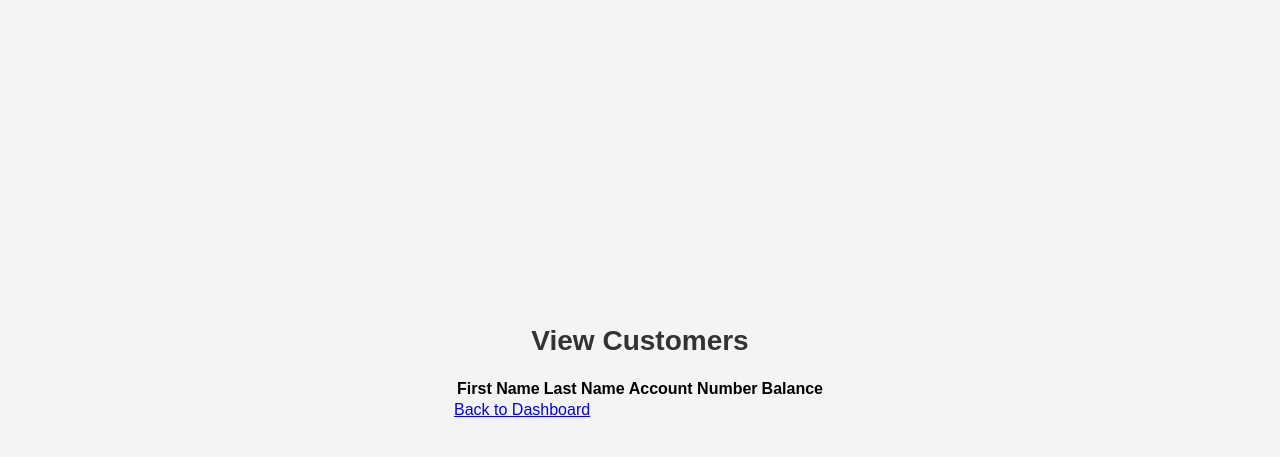
Repository: vinayakGarudi2002/swabhavTrainingProjects
Page: http://localhost/01_banking_application/viewCustomers.jsp
An editor plug-in stored every save of this project. The page is shown before and after the next save, followed by the edit.
The browser window is 1280 px wide. The pictures show the whole page.
The page is served by Tomcat 9. Other server files are loaded and not shown. Queries for data that is not in the repository find no rows.

Above is the page before, as saved 2024-08-12 10:49:50.

### 01_banking_application/WebContent/viewCustomers.jsp
<%@page import="java.sql.Connection"%>
<%@ page import="java.util.List" %>
<%@ page import="com.aurionpro.model.CustomerView" %>
<%@ page import="com.aurionpro.operation.CustomerViewOperation" %>
<%@ page import="com.aurionpro.database.DbConnection" %>
<%@ page language="java" contentType="text/html; charset=UTF-8" pageEncoding="UTF-8"%>
<!DOCTYPE html>
<html>
<head>
    <meta charset="UTF-8">
    <title>View Customers</title>
    <link rel="stylesheet" type="text/css" href="static/css/styles.css">
</head>
<body>
    <div class="customer-view-container">
        <h2>View Customers</h2>

        <table>
            <tr>
                <th>First Name</th>
                <th>Last Name</th>
                <th>Account Number</th>
                <th>Balance</th>
            </tr>
            <%
                try {
                    Connection connection = DbConnection.connectToDb();
                    CustomerViewOperation customerViewOperation = new CustomerViewOperation(connection);
                    List<CustomerView> customerViews = customerViewOperation.fetchAllCustomerViews();

                    for (CustomerView customer : customerViews) {
                        out.println("<tr>");
                        out.println("<td>" + customer.getFirstName() + "</td>");
                        out.println("<td>" + customer.getLastName() + "</td>");
                        out.println("<td>" + customer.getAccountNo() + "</td>");
                        out.println("<td>" + customer.getBalance() + "</td>");
                        out.println("</tr>");
                    }

                    connection.close();
                } catch (Exception e) {
                    e.printStackTrace();
                }
            %>
        </table>
        <a href="adminDashboard.jsp">Back to Dashboard</a>
    </div>
</body>
</html>

### 01_banking_application/src/com/aurionpro/database/DbConnection.java
package com.aurionpro.database;

import java.sql.Connection;
import java.sql.DriverManager;
import java.sql.SQLException;

public class DbConnection {


    private static final String DATABASE_URL = "jdbc:mysql://localhost:3306/bankdb";
    private static final String DATABASE_USER = "root";
    private static final String DATABASE_PASSWORD = "root@123";

    // Method to establish a connection to the database
    public static Connection connectToDb() {
        Connection connection = null;
        try {
            // Load MySQL JDBC Driver
            Class.forName("com.mysql.cj.jdbc.Driver");

            // Establish the connection
            connection = DriverManager.getConnection(DATABASE_URL, DATABASE_USER, DATABASE_PASSWORD);
            System.out.println("Connected to the database successfully.");
        } catch (ClassNotFoundException e) {
            System.err.println("MySQL JDBC Driver not found.");
            e.printStackTrace();
        } catch (SQLException e) {
            System.err.println("Failed to connect to the database.");
            e.printStackTrace();
        }

        return connection;
    }

    // Close the connection
    public void closeConnection(Connection connection) {
        if (connection != null) {
            try {
                connection.close();
                System.out.println("Database connection closed.");
            } catch (SQLException e) {
                System.err.println("Failed to close the database connection.");
                e.printStackTrace();
            }
        }
    }
}

### 01_banking_application/src/com/aurionpro/operation/CustomerViewOperation.java
package com.aurionpro.operation;

import java.sql.Connection;
import java.sql.PreparedStatement;
import java.sql.ResultSet;
import java.util.ArrayList;
import java.util.List;

import com.aurionpro.model.CustomerView;

public class CustomerViewOperation {
    private Connection connection;

    public CustomerViewOperation(Connection connection) {
        this.connection = connection;
    }

    public List<CustomerView> fetchAllCustomerViews() {
        List<CustomerView> customerViews = new ArrayList<>();
        String query = "SELECT p.first_name, p.last_name, a.account_no, a.balance " +
                       "FROM profile p " +
                       "JOIN userProfile up ON p.profile_id = up.profile_id " +
                       "JOIN account a ON up.user_id = a.user_id";

        try (PreparedStatement statement = connection.prepareStatement(query)) {
            ResultSet resultSet = statement.executeQuery();

            while (resultSet.next()) {
                String firstName = resultSet.getString("first_name");
                String lastName = resultSet.getString("last_name");
                long accountNo = resultSet.getLong("account_no");
                double balance = resultSet.getDouble("balance");

                CustomerView customerView = new CustomerView(firstName, lastName, accountNo, balance);
                customerViews.add(customerView);
            }
        } catch (Exception e) {
            e.printStackTrace();
        }

        return customerViews;
    }
}

### 01_banking_application/WebContent/static/css/styles.css
/* styles.css */
body {
    font-family: Arial, sans-serif;
    background-color: #f4f4f4;
    margin: 0;
    display: flex;
    justify-content: center;
    align-items: center;
    height: 100vh;
}

.dashboard-container {
    background-color: #fff;
    padding: 30px;
    border-radius: 8px;
    box-shadow: 0 0 15px rgba(0, 0, 0, 0.1);
    width: 100%;
    max-width: 500px;
    margin: 0 auto;
    text-align: center;
}

h2 {
    margin-bottom: 20px;
    font-size: 28px;
    color: #333;
    text-align: center;
}

.form-container {
    margin-top: 20px;
    width: 100%;
    max-width: 400px;
    margin: 0 auto;
}

.form-group {
    margin-bottom: 20px;
    text-align: left;
}

label {
    display: block;
    margin-bottom: 5px;
    color: #555;
    font-weight: bold;
}

input[type="text"],
input[type="email"],
input[type="password"] {
    width: 100%;
    padding: 10px;
    box-sizing: border-box;
    border: 1px solid #ddd;
    border-radius: 4px;
    font-size: 16px;
}

.form-actions {
    text-align: center;
}

button.btn {
    width: 100%;
    padding: 12px;
    background-color: #007bff;
    color: white;
    border: none;
    border-radius: 4px;
    cursor: pointer;
    font-size: 16px;
}

button.btn:hover {
    background-color: #0056b3;
}

.btn-secondary {
    margin-top: 20px;
    background-color: #6c757d;
}

.btn-secondary:hover {
    background-color: #5a6268;
}

.error-message {
    color: #dc3545;
    font-weight: bold;
    margin-top: 10px;
    text-align: center;
}

.succes-message {
    color: green;
    font-weight: bold;
    margin-top: 10px;
    text-align: center;
}

After the next save:
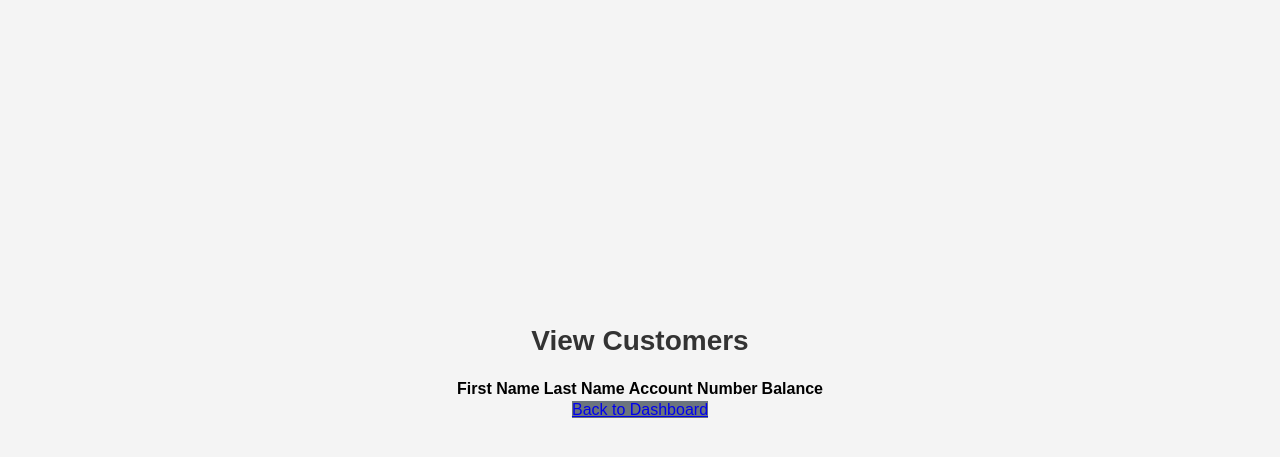
Saved 2 min 24 s later.
--- a/01_banking_application/WebContent/viewCustomers.jsp
+++ b/01_banking_application/WebContent/viewCustomers.jsp
@@ -5,45 +5,53 @@
 <%@ page import="com.aurionpro.database.DbConnection" %>
 <%@ page language="java" contentType="text/html; charset=UTF-8" pageEncoding="UTF-8"%>
 <!DOCTYPE html>
-<html>
+<html lang="en">
 <head>
     <meta charset="UTF-8">
     <title>View Customers</title>
     <link rel="stylesheet" type="text/css" href="static/css/styles.css">
 </head>
 <body>
-    <div class="customer-view-container">
-        <h2>View Customers</h2>
+    <div class="container">
+        <div class="customer-view-box">
+            <h2>View Customers</h2>
 
-        <table>
-            <tr>
-                <th>First Name</th>
-                <th>Last Name</th>
-                <th>Account Number</th>
-                <th>Balance</th>
-            </tr>
-            <%
-                try {
-                    Connection connection = DbConnection.connectToDb();
-                    CustomerViewOperation customerViewOperation = new CustomerViewOperation(connection);
-                    List<CustomerView> customerViews = customerViewOperation.fetchAllCustomerViews();
+            <table class="customer-table">
+                <thead>
+                    <tr>
+                        <th>First Name</th>
+                        <th>Last Name</th>
+                        <th>Account Number</th>
+                        <th>Balance</th>
+                    </tr>
+                </thead>
+                <tbody>
+                    <%
+                        try {
+                            Connection connection = DbConnection.connectToDb();
+                            CustomerViewOperation customerViewOperation = new CustomerViewOperation(connection);
+                            List<CustomerView> customerViews = customerViewOperation.fetchAllCustomerViews();
 
-                    for (CustomerView customer : customerViews) {
-                        out.println("<tr>");
-                        out.println("<td>" + customer.getFirstName() + "</td>");
-                        out.println("<td>" + customer.getLastName() + "</td>");
-                        out.println("<td>" + customer.getAccountNo() + "</td>");
-                        out.println("<td>" + customer.getBalance() + "</td>");
-                        out.println("</tr>");
-                    }
+                            for (CustomerView customer : customerViews) {
+                                out.println("<tr>");
+                                out.println("<td>" + customer.getFirstName() + "</td>");
+                                out.println("<td>" + customer.getLastName() + "</td>");
+                                out.println("<td>" + customer.getAccountNo() + "</td>");
+                                out.println("<td>" + customer.getBalance() + "</td>");
+                                out.println("</tr>");
+                            }
 
-                    connection.close();
-                } catch (Exception e) {
-                    e.printStackTrace();
-                }
-            %>
-        </table>
-        <a href="adminDashboard.jsp">Back to Dashboard</a>
+                            connection.close();
+                        } catch (Exception e) {
+                            e.printStackTrace();
+                        }
+                    %>
+                </tbody>
+            </table>
+            <div class="form-actions">
+                <a href="adminDashboard.jsp" class="btn btn-secondary">Back to Dashboard</a>
+            </div>
+        </div>
     </div>
 </body>
 </html>
